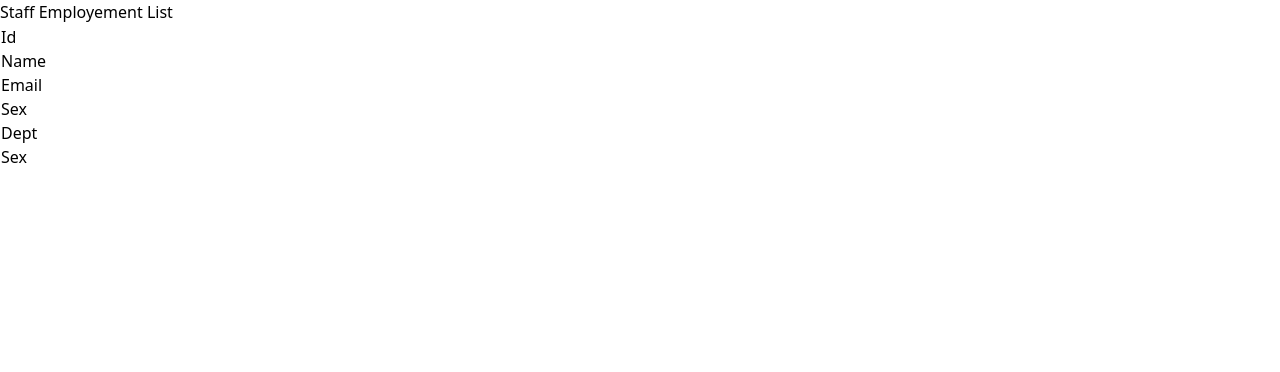
Repository: Semanmernstack/crud
Page: /
These files come from the project's save history. The page is drawn as it stood at one moment and after the next save; the edit follows.
The browser window is 1280 px wide. The pictures show the whole page.
The project was rebuilt for these pictures with package versions that can differ from the ones it lists, and the page was loaded fresh each time. Also part of the build but not shown: src/Details.js, src/Create.js, src/Edit.js.

Above is the page before, as saved 2022-12-23 02:23:04.

After the next save:
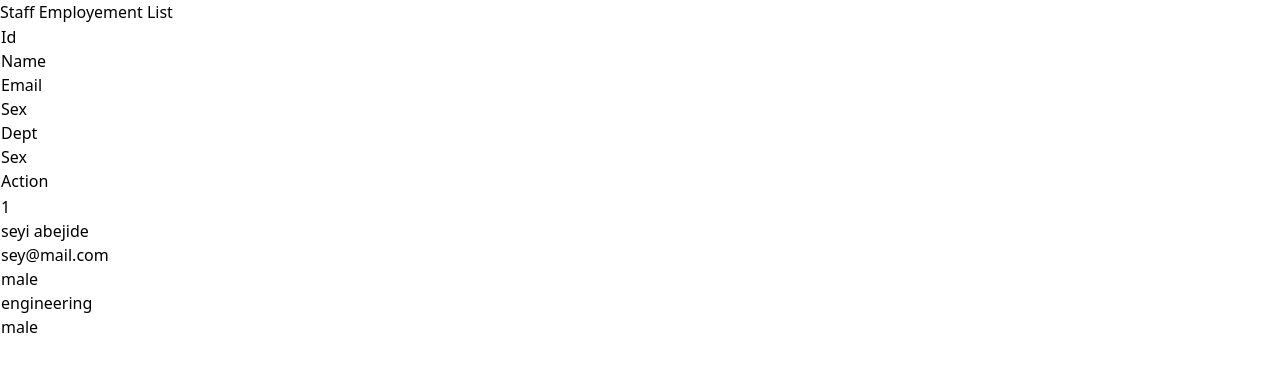
Saved 4 min 1 s later.
--- a/src/List.js
+++ b/src/List.js
@@ -6,6 +6,7 @@ function List() {
         <div>
             <p>Staff Employement List</p>
         </div>
+        <div>
         <td>
             <tr>Id</tr>
             <tr>Name</tr>
@@ -13,7 +14,20 @@ function List() {
             <tr>Sex</tr>
             <tr>Dept</tr>
             <tr>Sex</tr>
+            <tr>Action</tr>
         </td>
+        </div>
+        <div>
+            <td>
+                <tr>1</tr>
+                <tr>seyi abejide</tr>
+                <tr>sey@mail.com</tr>
+                <tr>male</tr>
+                <tr>engineering</tr>
+                <tr>male</tr>
+            </td>
+        </div>
+
     </div>
   )
 }
